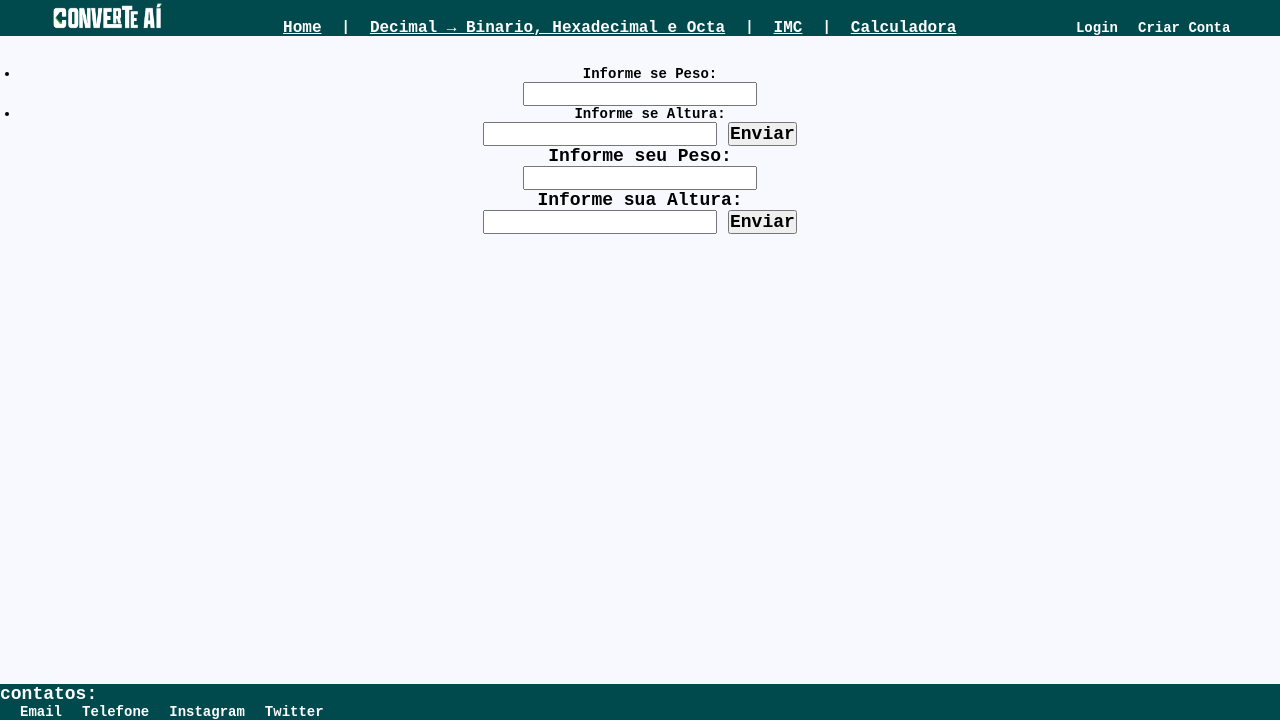
Repository: Frav1u/converteai
Page: ConverteAi/src/main/webapp/imc.html
These files come from the project's save history. The page is drawn as it stood at one moment and after the next save; the edit follows.
The browser window is 1280 px wide. The pictures show the whole page.
Some web fonts or font styles are not loaded; a fallback is used.

Above is the page before, as saved 2023-10-01 19:33:41.

### ConverteAi/src/main/webapp/imc.html
<!DOCTYPE html>
<html>
<head>
	<meta charset="UTF-8">
<title>Decimal Para Binario</title>
<link href="https://fonts.googleapis.com/css2?family=Inter:wght@400;700&family=Space+Mono:wght@400;700&display=swap"
        rel="stylesheet">
    <link rel="stylesheet" href="styleimc.css">
</head>
<body>
		<header>
			<img class="img" src="logo.png">
		<nav>
			<ul class="menu">
				<li><a href="home.html">Home</a></li>
				<li>  |  </li>
				<li><a href="decimalParaBinario.html">Decimal → Binario, Hexadecimal e Octa</a></li>
				<li>  |  </li>
				<li><a href="imc.html">IMC</a></li>
				<li>  |  </li>
				<li><a href="calculadora.html">Calculadora</a></li>
			</ul>
		</nav>
			<ul class="conta">
			<li>Login</li>
			<li>Criar Conta</li>
		</ul>
	</header>

	<main>
		<title>Calculadora de IMC</title>

</head>

<body>

<form action = "receber.jsp">
	<ul>
		<li>Informe se Peso:</li>
		<input type="text" id="peso" name="peso">
		<li>Informe se Altura:</li>
		<input type="text" id="altura" name="altura">
		<input type ="submit" value = "Enviar">
	</ul>
<p>
	Informe seu Peso:
</p>

<input type="text" id="peso" name="peso">
<p>
	Informe sua Altura:
</p>

<input type="text" id="altura" name="altura">


<input type ="submit" value = "Enviar">




</form>



	</main>


	<footer>
		<a>contatos: </a>
		<ul class="contatos">
			<li>Email</li>
			<li>Telefone</li>
			<li>Instagram</li>
			<li>Twitter</li>
		</ul>

	</footer>
</body>

</html>

### ConverteAi/src/main/webapp/styleimc.css

* {
    margin: 0;
    padding: 0;
    box-sizing: border-box;
    font-family: 'Apotek Bold', monospace;
    font-weight: 600;
    font-size: 18px;
    outline: none;
}

body{
	background-color:  ghostwhite
}

li{
	font-size: 14px;
	margin-left: 20px;

}

header{
	background-color: hsl(183, 100%, 15%);
	color: white;
	height: 5vh;
    color: inherit;
    display: flex;
    display: flex;
    justify-content: center;
    align-items: center;
    justify-content: space-evenly;
}

.contatos{
	display: flex;
	list-style: none;
}

footer{
	background-color: hsl(183, 100%, 15%);
	color: white;
	height: 5vh;


}

.logo{
	color: white;
}
.menu{
	color: white;
	display: flex;
	margin-top: 20px;
	margin-left: 50px;
	list-style: none;

}

.conta{
	color: white;
	display: flex;
	margin-top: 20px;
	margin-left: 50px;
	list-style: none;
}

.menu a {
	color: white;
	font-size: 16px;

}



nav{
	display: flex;
	justify-content: center;
	align-items: center;
}


main{
	height: 90vh;
	text-align: center;
	padding-top: 30px;
}

.img{
	width: 114px;
}

After the next save:
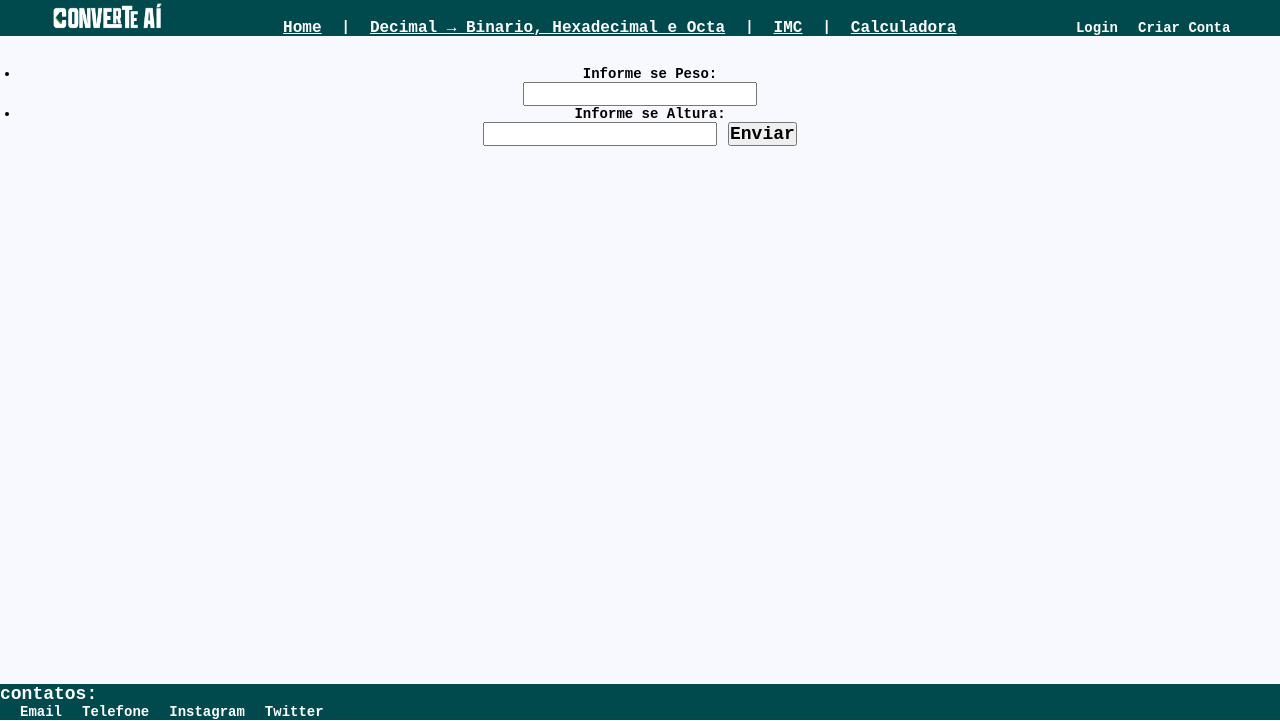
Saved 27 s later.
--- a/ConverteAi/src/main/webapp/imc.html
+++ b/ConverteAi/src/main/webapp/imc.html
@@ -42,29 +42,9 @@
 		<input type="text" id="altura" name="altura">
 		<input type ="submit" value = "Enviar">
 	</ul>
-<p>
-	Informe seu Peso:
-</p>
-
-<input type="text" id="peso" name="peso">
-<p>
-	Informe sua Altura:
-</p>
-
-<input type="text" id="altura" name="altura">
-
-
-<input type ="submit" value = "Enviar">
-
-
-
 
 </form>
-
-
-
 	</main>
-
 
 	<footer>
 		<a>contatos: </a>
